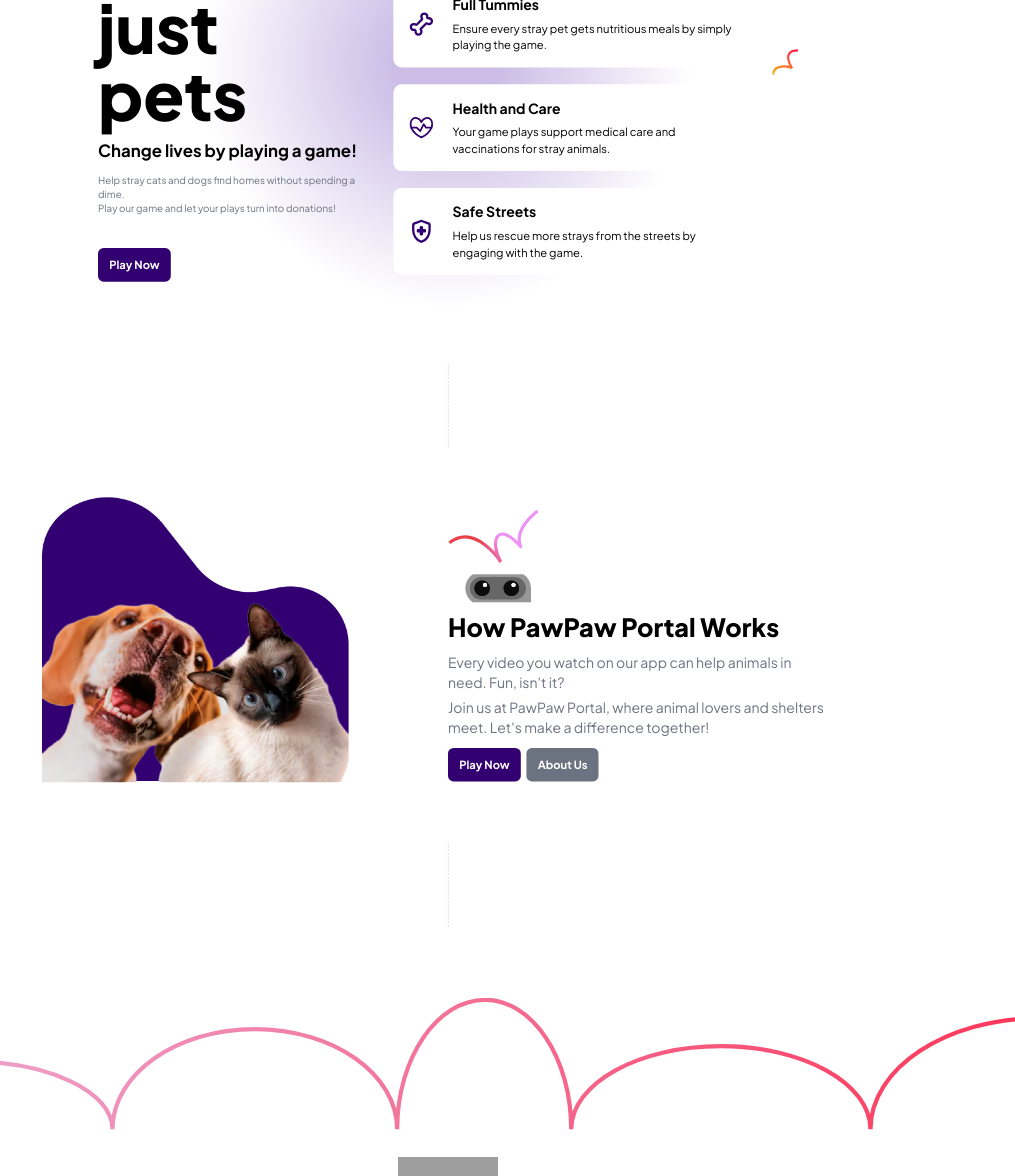
Repository: paskasiregar/pawpawwebsite
Page: /
These files come from the project's save history. The page is drawn as it stood at one moment and after the next save; the edit follows.
The browser window is 1280 px wide. The page is 1450 px wide, so the pictures cover 1450 px, including what lies to the right of the window. The pictures show the part of the page from y = 418 to 2098 px (the page is 3234 px tall), at 70% of full size.
Pictures or frames that could not be fetched are drawn as grey boxes. The project was rebuilt for these pictures with package versions that can differ from the ones it lists, and the page was loaded fresh each time. The framework's server and built-in components were replaced by stand-ins that run in the browser. Also part of the build but not shown: next.config.js, next.config.mjs.

Above is the page before, as saved 2024-07-30 20:33:05.

### src/app/page.js
import { Contact } from "@/components/contact";
import { Divider } from "@/components/divider";
import { Footer } from "@/components/footer";
import { Header } from "@/components/header";
import CTA from "@/components/CTA";
import Hero from "@/components/hero";
import PrimaryButton from "@/components/primaryButton";
import SecButton from "@/components/secButton";
import Image from "next/image";
import logoImage from "../assets/inverse.png";
import bannerImage from "../assets/banner.png";
import logoHeaderImage from "../assets/banner-10.png";

export default async function Home() {
  return (
    <div className="w-full font-plus-jakarta m-auto flex min-h-screen flex-col items-center justify-between py-4 md:py-8">
      <section className="space-y-4 w-full px-2 md:px-4">
        <div className="centeredcontainer main-container">
          <Header />
        </div>
        <main className="main-container">
          <Hero />
          <Divider />
          <div className="self-stretch bg-white flex flex-col md:flex-row">
            <div className="flex-1 relative h-48 md:h-[489px] z-[0]">
              <Image
                className="w-[80%] h-auto object-cover"
                alt="banner"
                src={bannerImage}
                width={200}
                height={200}
              />
            </div>

            <div className="flex-1 flex flex-col items-center md:items-start justify-center gap-4 z-[1] p-4 md:p-8">
              <div className="space-y-4">
                <div className="flex justify-center md:justify-start">
                  <svg
                    width="130"
                    height="77"
                    viewBox="0 0 130 77"
                    fill="none"
                    xmlns="http://www.w3.org/2000/svg"
                  >
                    <path
                      d="M2.04016 48.038C39.1938 19.0059 75.4362 75.5193 75.4362 75.5193C58.6481 44.4597 70.5515 14.7701 105.05 54.8444C105.05 54.8444 88.8644 34.0647 127.885 2.52962"
                      stroke="url(#paint0_linear_545_35744)"
                      strokeWidth="4.42591"
                      strokeMiterlimit="10"
                      strokeLinejoin="bevel"
                    />
                    <defs>
                      <linearGradient
                        id="paint0_linear_545_35744"
                        x1="19.971"
                        y1="73.8863"
                        x2="126.116"
                        y2="-0.218346"
                        gradientUnits="userSpaceOnUse"
                      >
                        <stop offset="0.2868" stopColor="#E9404C" />
                        <stop offset="0.2967" stopColor="#EA475C" />
                        <stop offset="0.3252" stopColor="#EB5B85" />
                        <stop offset="0.3554" stopColor="#EB6CA8" />
                        <stop offset="0.3871" stopColor="#EC79C5" />
                        <stop offset="0.4209" stopColor="#EC84DB" />
                        <stop offset="0.4577" stopColor="#ED8BEB" />
                        <stop offset="0.4998" stopColor="#ED90F4" />
                        <stop offset="0.5589" stopColor="#ED91F7" />
                      </linearGradient>
                    </defs>
                  </svg>
                </div>
                <Image
                  className="w-36 h-10 object-cover"
                  alt="Logo"
                  src={logoImage}
                  width={120}
                  height={20}
                />
                <div className="flex flex-col items-center md:items-start">
                  <div className="relative font-extrabold text-2xl md:text-4xl text-center md:text-left">
                    How PawPaw Portal Works
                  </div>
                </div>
                <div className="self-stretch flex flex-col md:flex-row items-center md:items-start justify-start text-lg md:text-xl text-gray-500">
                  <div className="flex-1 flex flex-col items-center md:items-start justify-start">
                    <div className="self-stretch">
                      <p className="m-0 text-center md:text-left">
                        Every video you watch on our app can help animals in
                        need. Fun, isn't it?
                      </p>
                      <p className="m-2"></p>
                      <p className="m-0 text-center md:text-left">
                        Join us at PawPaw Portal, where animal lovers and
                        shelters meet. Let's make a difference together!
                      </p>
                    </div>
                  </div>
                </div>

                <div className="flex flex-col md:flex-row gap-2">
                  <PrimaryButton>Play Now</PrimaryButton>
                  <SecButton>About Us</SecButton>
                </div>
              </div>
            </div>
          </div>
          <Divider />
          <Contact />
        </main>
        <div className="w-full">
          <div>
            <CTA />
          </div>
          <Footer />
        </div>
      </section>
    </div>
  );
}

### src/app/globals.css
@import url("https://fonts.googleapis.com/css2?family=Plus+Jakarta+Sans:wght@400;600;700;800&display=swap");

@tailwind base;
@tailwind components;
@tailwind utilities;

body {
  font-family: "Plus Jakarta Sans", sans-serif;
}

.hero-bg {
  display: flex;
  background: radial-gradient(
    circle,
    rgb(204, 188, 230) 10%,
    rgb(255, 255, 255) 50%
  );
}

.cta-container {
  display: flex;
  justify-content: center;
  align-items: center;
  position: relative;
  background: radial-gradient(circle, rgb(14, 4, 4) 0%, rgb(14, 1, 51) 100%);
  padding: 20px;
  gap: 20px;
  min-height: 200px;
}

.cta-button {
  display: inline-block;
  padding: 20px 40px;
  font-size: 24px;
  font-weight: bold;
  color: white;
  background: black;
  border-radius: 40px;
  position: relative;
  z-index: 1;
  overflow: hidden;
  transition: all 0.3s ease;
  text-align: center;
}

.cta-button::before {
  content: "";
  position: absolute;
  top: -2px;
  left: -2px;
  right: -2px;
  bottom: -2px;
  background: linear-gradient(
    90deg,
    rgb(255, 244, 97) 0%,
    rgb(187, 61, 255) 50%,
    rgb(142, 23, 23) 100%
  );
  z-index: -1;
  border-radius: inherit;
}

.cta-button::after {
  content: "";
  position: absolute;
  top: 2px;
  left: 2px;
  right: 2px;
  bottom: 2px;
  background: black;
  z-index: -1;
  border-radius: inherit;
}

.cta-button:hover {
  color: rgb(237, 246, 133);
  background: white;
}

.footer-bg {
  background: radial-gradient(circle, rgb(14, 4, 4) 0%, rgb(14, 1, 51) 100%);
  color: white;
  text-align: center;
  padding: 20px;
}

.centeredcontainer {
  width: 100vw;
  height: auto;
}

.main-container {
  width: 100%;
  max-width: 1200px;
  margin: 0 auto;
  padding: 0 20px;
}
.header-content {
  display: flex;
  flex-direction: row;
  align-items: center;
  justify-content: space-between;
}

.header-logo-button {
  display: flex;
  flex-direction: row;
  align-items: center;
  gap: 16px; /* Adjust spacing as needed */
}

### src/components/contact.jsx
import React from "react";
import PrimaryButton from "@/components/primaryButton";
import NameInput from "./nameInput";
import EmailInput from "./emailInput";
import MessageInput from "./mesageInput";

export const Contact = () => {
  return (
    <div className="font-plus-jakarta flex flex-col items-center justify-center py-16 px-4 md:px-[200px] gap-[40px] text-29xl">
      <div className="flex justify-start items-start">
        <svg
          width="1620"
          height="188"
          viewBox="0 0 1620 188"
          fill="none"
          xmlns="http://www.w3.org/2000/svg"
        >
          <path
            d="M1891 188C1891 100.375 1784.67 29.342 1653.5 29.342C1522.34 29.342 1413.53 100.375 1413.53 188C1413.53 122.37 1317.84 69.158 1199.78 69.158C1081.72 69.158 986.029 122.362 986.029 188C986.029 85.8274 930.825 3 862.735 3C794.645 3 737.369 85.8274 737.369 188C737.369 108.853 646.33 44.6865 534.029 44.6865C421.728 44.6865 330.689 108.853 330.689 188C330.689 134.381 239.649 90.9105 127.349 90.9105C15.0481 90.9105 -76 134.381 -76 188"
            stroke="url(#paint0_linear_545_35799)"
            stroke-width="6"
            stroke-miterlimit="10"
            stroke-linejoin="bevel"
          />
          <defs>
            <linearGradient
              id="paint0_linear_545_35799"
              x1="-84.5283"
              y1="91.1699"
              x2="1899.52"
              y2="91.1699"
              gradientUnits="userSpaceOnUse"
            >
              <stop offset="0.0224" stop-color="#EBADD7" />
              <stop offset="1" stop-color="#FF2445" />
            </linearGradient>
          </defs>
        </svg>
      </div>
      <img
        className="w-36 h-10 object-cover"
        alt="Logo"
        src="https://i.ibb.co.com/wyKQbSt/banner-10.png"
      />
      <div className="flex justify-center text-4xl font-extrabold space-y-4">
        Contact Us
      </div>
      <div className="w-full flex flex-col items-start gap-[16px] text-base text-light-l800 font-regular-reg-2">
        <div className="w-full flex flex-col md:flex-row gap-[20px]">
          <div className="w-full md:w-1/2">
            <NameInput className="w-full" />
          </div>
          <div className="w-full md:w-1/2">
            <EmailInput className="w-full" />
          </div>
        </div>
        <div className="w-full">
          <MessageInput className="w-full" />
        </div>
      </div>
      <PrimaryButton>Send Now</PrimaryButton>
    </div>
  );
};

export default Contact;

### src/components/divider.jsx
export const Divider = () => {
  return (
    <div className="self-stretch h-[195px] flex flex-row items-center justify-center py-16 px-[130px] box-border">
      <div className="w-px relative box-border h-[121px] border-r-[1px] border-dashed border-gray-300" />
    </div>
  );
};

### src/components/header.jsx
import Link from "next/link";
import PrimaryButton from "@/components/primaryButton";
import React from "react";
import Image from "next/image";
import logoHeaderImage from "../assets/banner-10.png";

export const Header = () => {
  return (
    <div className="font-plus-jakarta w-full flex flex-col items-center justify-center text-left text-gray-500">
      <div className="self-stretch bg-white flex flex-col items-center justify-center text-sm">
        <div className="w-full header-content p-2.5 box-border">
          <Link href="/">
            <Image
              className="w-36 h-10 object-cover"
              alt="Logo"
              src={logoHeaderImage}
              width={120}
              height={20}
            />
          </Link>
          <div className="hidden md:flex flex-row items-center justify-center gap-8">
            <div className="relative">How It Works</div>
            <div className="relative">About Us</div>
          </div>
          <div className="header-logo-button">
            <PrimaryButton>Be Our Hero Today!</PrimaryButton>
          </div>
        </div>
      </div>
    </div>
  );
};

export default Header;

### src/components/CTA.jsx
import React from "react";
import Link from "next/link";

const CTA = () => {
  return (
    <div className="cta-container font-plus-jakarta p-4 md:p-8 flex flex-col md:flex-row items-center justify-center">
      <svg
        className="cta-decoration mb-4 md:mb-0 md:mr-4"
        width="48"
        height="46"
        viewBox="0 0 48 46"
        fill="none"
        xmlns="http://www.w3.org/2000/svg"
      >
        <path
          d="M2 46C2 27.296 29.551 30.0086 36.5736 34.5625C36.5736 34.5625 14.4611 2 47.5714 2"
          stroke="url(#cta_gradient)"
          strokeWidth="3.92857"
          strokeMiterlimit="10"
          strokeLinejoin="bevel"
        />
        <defs>
          <linearGradient
            id="cta_gradient"
            x1="37.3571"
            y1="2"
            x2="7.5"
            y2="46"
            gradientUnits="userSpaceOnUse"
          >
            <stop stopColor="#FF2445" />
            <stop offset="1" stopColor="#F5AB0E" />
          </linearGradient>
        </defs>
      </svg>
      <Link href="/game">
        <div className="cta-button text-center bg-gradient-to-r from-orange-500 to-pink-500 text-white font-bold py-2 px-4 rounded-lg shadow-lg cursor-pointer">
          Play Our Game Now
        </div>
      </Link>
    </div>
  );
};

export default CTA;

### src/components/primaryButton.jsx
import React from "react";

const PrimaryButton = ({ children, onClick }) => {
  return (
    <button
      className="self-stretch  bg-inherit-320071 hover:bg-blue-700 text-white font-bold px-4 py-3 rounded-lg"
      onClick={onClick}
    >
      {children}
    </button>
  );
};

export default PrimaryButton;

### src/components/secButton.jsx
import React from "react";

const SecButton = ({ children, onClick }) => {
  return (
    <button
      className="bg-gray-500 hover:bg-gray-700 text-white font-bold py-2 px-4 rounded-lg"
      onClick={onClick}
    >
      {children}
    </button>
  );
};

export default SecButton;

### src/components/nameInput.jsx
import React from "react";

const NameInput = ({ value, onChange }) => {
  return (
    <div className="mb-4">
      <label
        className="block text-gray-700 text-sm font-bold mb-2"
        htmlFor="name"
      >
        Name
      </label>
      <input
        id="name"
        type="text"
        value={value}
        onChange={onChange}
        className="shadow appearance-none border rounded w-full py-2 px-3 text-gray-700 leading-tight focus:outline-none focus:shadow-outline"
        placeholder="Your Name"
      />
    </div>
  );
};

export default NameInput;

### src/components/emailInput.jsx
import React from "react";

const EmailInput = ({ value, onChange }) => {
  return (
    <div className="mb-4">
      <label
        className="block text-gray-700 text-sm font-bold mb-2"
        htmlFor="email"
      >
        Email
      </label>
      <input
        id="email"
        type="email"
        value={value}
        onChange={onChange}
        className="shadow appearance-none border rounded w-full py-2 px-3 text-gray-700 leading-tight focus:outline-none focus:shadow-outline"
        placeholder="Your Email"
      />
    </div>
  );
};

export default EmailInput;

### src/components/mesageInput.jsx
import React from "react";

const MessageInput = ({ value, onChange }) => {
  return (
    <div className="mb-4">
      <label
        className="block text-gray-700 text-sm font-bold mb-2"
        htmlFor="message"
      >
        Message
      </label>
      <textarea
        id="message"
        value={value}
        onChange={onChange}
        className="shadow appearance-none border rounded w-full py-2 px-3 text-gray-700 leading-tight focus:outline-none focus:shadow-outline"
        placeholder="Your Message"
        rows="5"
      />
    </div>
  );
};

export default MessageInput;

Loaded but not shown: src/app/layout.js (common file); tailwind.config.js (24 lines, source omitted); src/components/hero.jsx (211 lines, source omitted); src/components/footer.jsx (164 lines, source omitted)

After the next save:
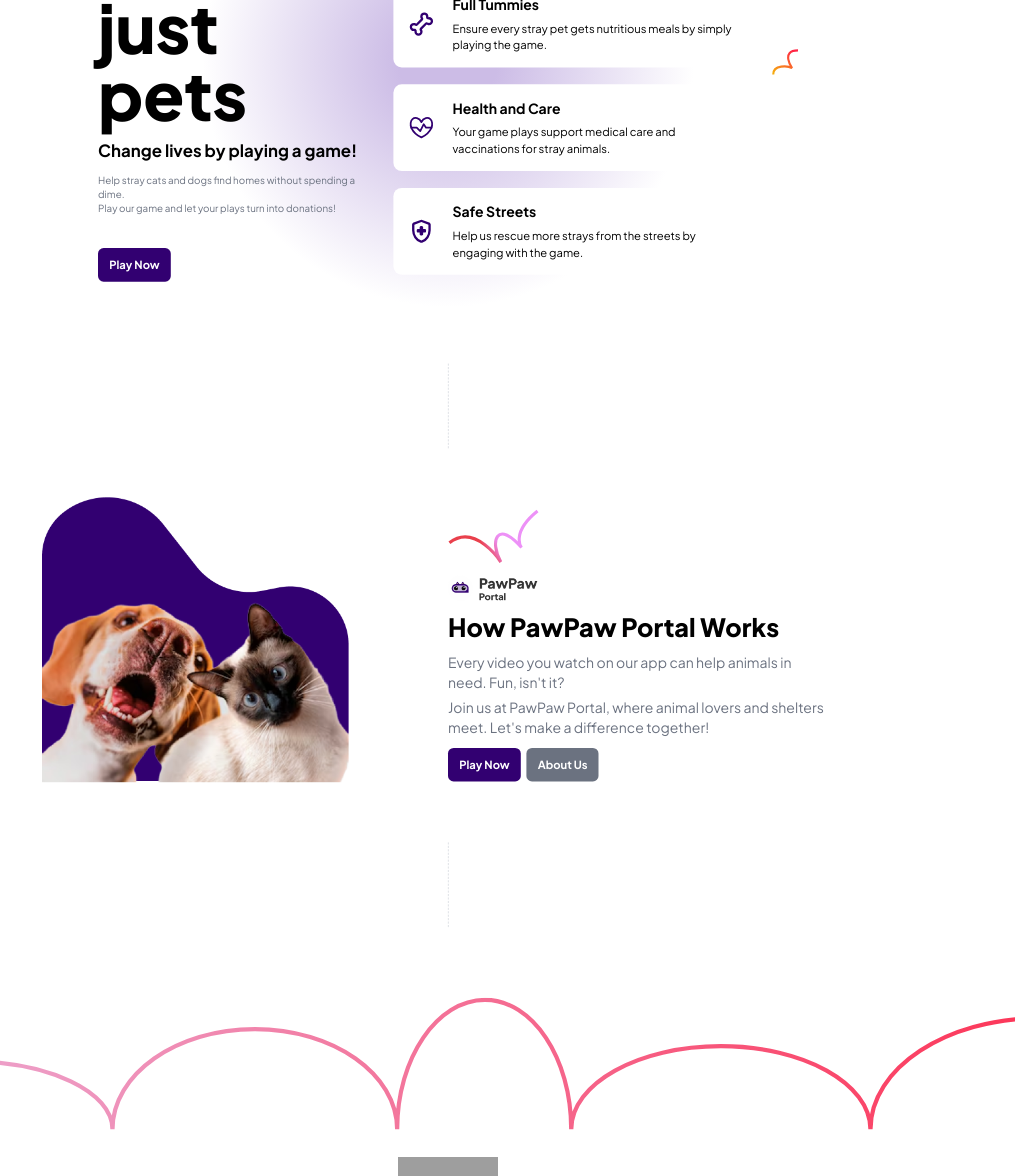
Saved 12 s later.
--- a/src/app/page.js
+++ b/src/app/page.js
@@ -74,7 +74,7 @@ export default async function Home() {
                 <Image
                   className="w-36 h-10 object-cover"
                   alt="Logo"
-                  src={logoImage}
+                  src={logoHeaderImage}
                   width={120}
                   height={20}
                 />
